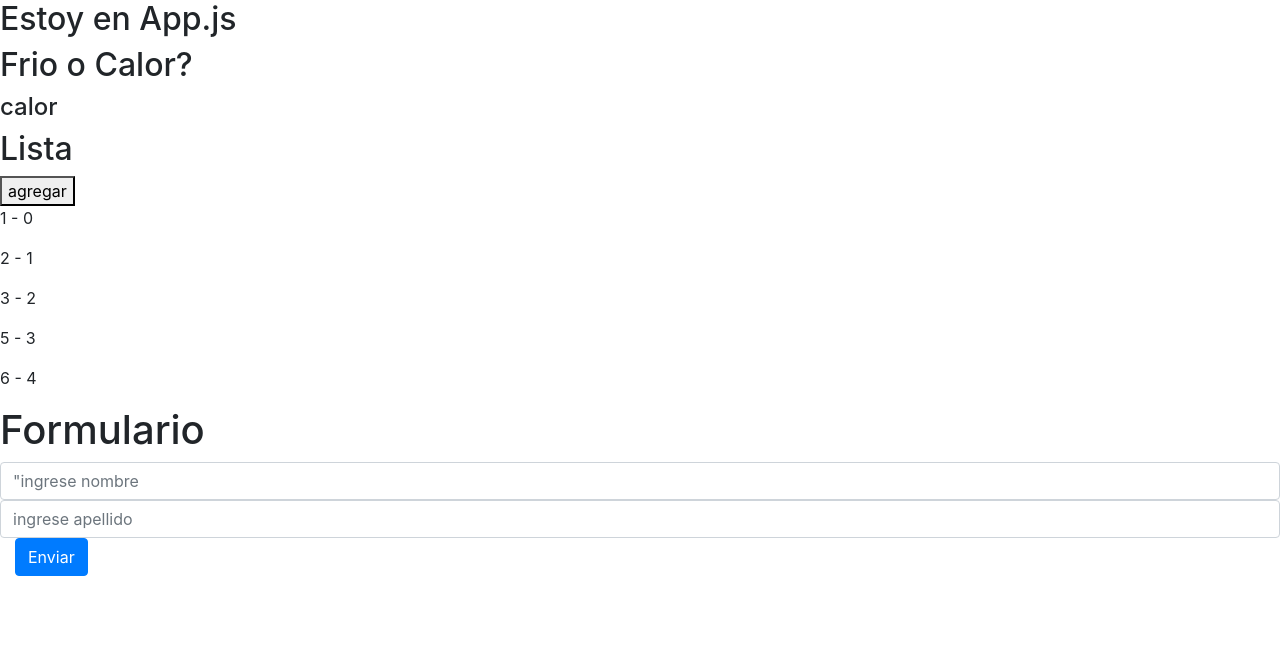
Repository: geraldine-ventura/Jsx-practica-terminada
Page: /
These files come from the project's save history. The page is drawn as it stood at one moment and after the next save; the edit follows.
The browser window is 1280 px wide. The pictures show the whole page.
The project was rebuilt for these pictures with package versions that can differ from the ones it lists, and the page was loaded fresh each time.

Above is the page before, as saved 2022-12-29 11:08:18.

### public/index.html
<!DOCTYPE html>
<html lang="en">
  <head>
    <meta charset="utf-8" />
    <link rel="icon" href="%PUBLIC_URL%/favicon.ico" />
    <meta name="viewport" content="width=device-width, initial-scale=1" />
    <meta name="theme-color" content="#000000" />
    <meta
      name="description"
      content="Web site created using create-react-app"
    />
    <link rel="apple-touch-icon" href="%PUBLIC_URL%/logo192.png" />
    <!--
      manifest.json provides metadata used when your web app is installed on a
      user's mobile device or desktop. See https://developers.google.com/web/fundamentals/web-app-manifest/
    -->
    <link rel="manifest" href="%PUBLIC_URL%/manifest.json" />
    <!--
      Notice the use of %PUBLIC_URL% in the tags above.
      It will be replaced with the URL of the `public` folder during the build.
      Only files inside the `public` folder can be referenced from the HTML.

      Unlike "/favicon.ico" or "favicon.ico", "%PUBLIC_URL%/favicon.ico" will
      work correctly both with client-side routing and a non-root public URL.
      Learn how to configure a non-root public URL by running `npm run build`.
    -->
    <title>React App</title>
    <link rel="stylesheet" href="https://cdn.jsdelivr.net/npm/bootstrap@4.3.1/dist/css/bootstrap.min.css" integrity="sha384-ggOyR0iXCbMQv3Xipma34MD+dH/1fQ784/j6cY/iJTQUOhcWr7x9JvoRxT2MZw1T" crossorigin="anonymous">
  </head>


  <body>
    <noscript>You need to enable JavaScript to run this app.</noscript>
    <div id="root"></div>
    <!--
      This HTML file is a template.
      If you open it directly in the browser, you will see an empty page.

      You can add webfonts, meta tags, or analytics to this file.
      The build step will place the bundled scripts into the <body> tag.

      To begin the development, run `npm start` or `yarn start`.
      To create a production bundle, use `npm run build` or `yarn build`.
    -->
  </body>
</html>

### src/App.js
import React from 'react'
import Formulario from './componeneste2/Formulario';
import Jsx from "./componetes/Jsx"
import Lista from './componetes/Lista';

function App() {
  return (
    <div className="App">
    <h2>Estoy en App.js</h2>
    <Jsx></Jsx>
    <Lista></Lista>
    <Formulario></Formulario>
    </div>
  );
}

export default App;

### src/componeneste2/Formulario.js
import React, {Fragment, useState} from 'react'

const Formulario= ()=>{
     return (
      <Fragment>
        <h1>Formulario</h1>
         <form className='"row'>
        <input
        placeholder='"ingrese nombre'
        className= "form-control">
       </input>
         <div>
          <input
          placeholder='ingrese apellido'
          className= "form-control">
          </input>
         </div>
         <div className='col-md-3'>
          <button className="btn btn-primary" type='submit'>Enviar</button>

           </div>
        </form>
        </Fragment>
      );
}

export default Formulario;

### src/componetes/Jsx.js
import React, { Fragment } from 'react'

const  Jsx= () => {
    //const saludo =" CONSTANTE PRUEBA"
    const temperatura=21;
    return (
        <Fragment>

    <h2>Frio o Calor?</h2>
    <h4>
       {
        temperatura > 20 ? "calor" : "frio"
       }
    </h4>
       </Fragment>
        );
}

export default Jsx;

### src/componetes/Lista.js
import React,{useState,Fragment} from 'react'
const  Lista= () => {

 const [arrayNumero, setArrayNumero]= useState([1,2,3,5,6])

 const[numero, setNumero]= useState(77)

 const agregarElemento =() => {

    setNumero(numero + 1)
   // console.log ("click")
    setArrayNumero([...arrayNumero,numero])
}
    return (
        <Fragment>
          <h2> Lista</h2>
          <button onClick={agregarElemento}>agregar</button>
          {
            arrayNumero.map((item,index )=>
                <p key ={index}>
                  {item} - {index}
                </p>
            )
          }
        </Fragment>
     );
}

export default Lista;

Loaded but not shown: src/index.js (common file); src/index.css (common file); src/reportWebVitals.js (common file)

After the next save:
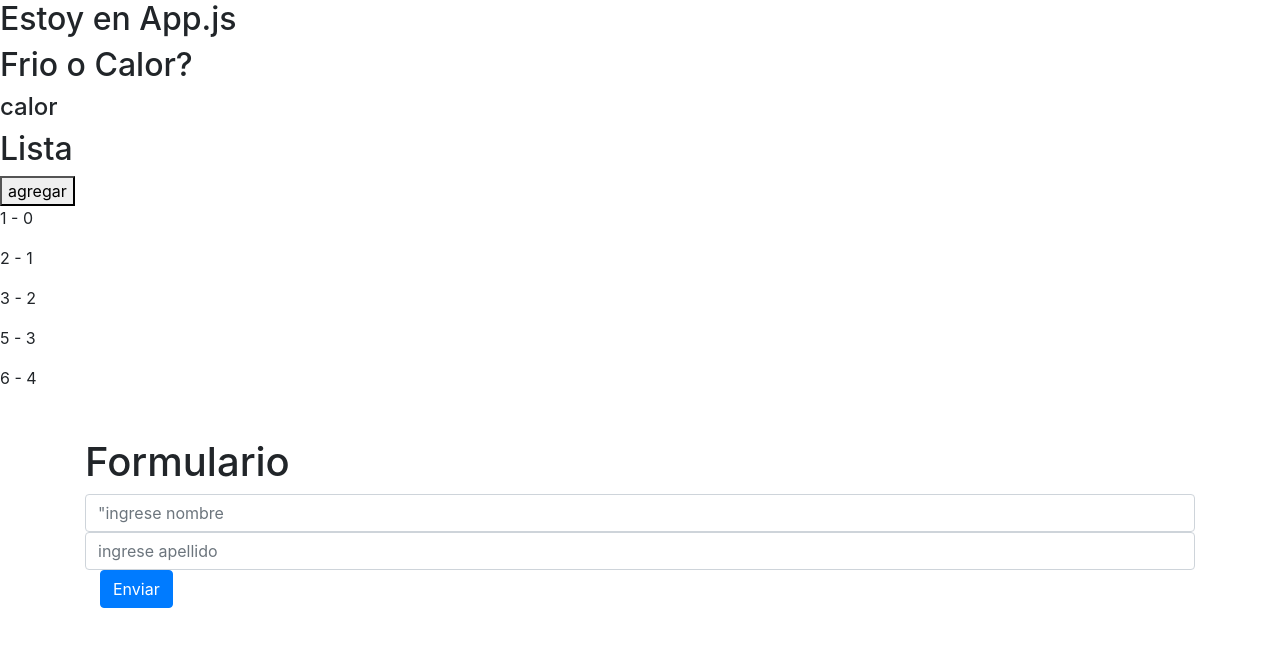
Saved 4 min 56 s later.
--- a/src/App.js
+++ b/src/App.js
@@ -9,7 +9,9 @@ function App() {
     <h2>Estoy en App.js</h2>
     <Jsx></Jsx>
     <Lista></Lista>
+    <div className='container mt-5'>
     <Formulario></Formulario>
+    </div>
     </div>
   );
 }
